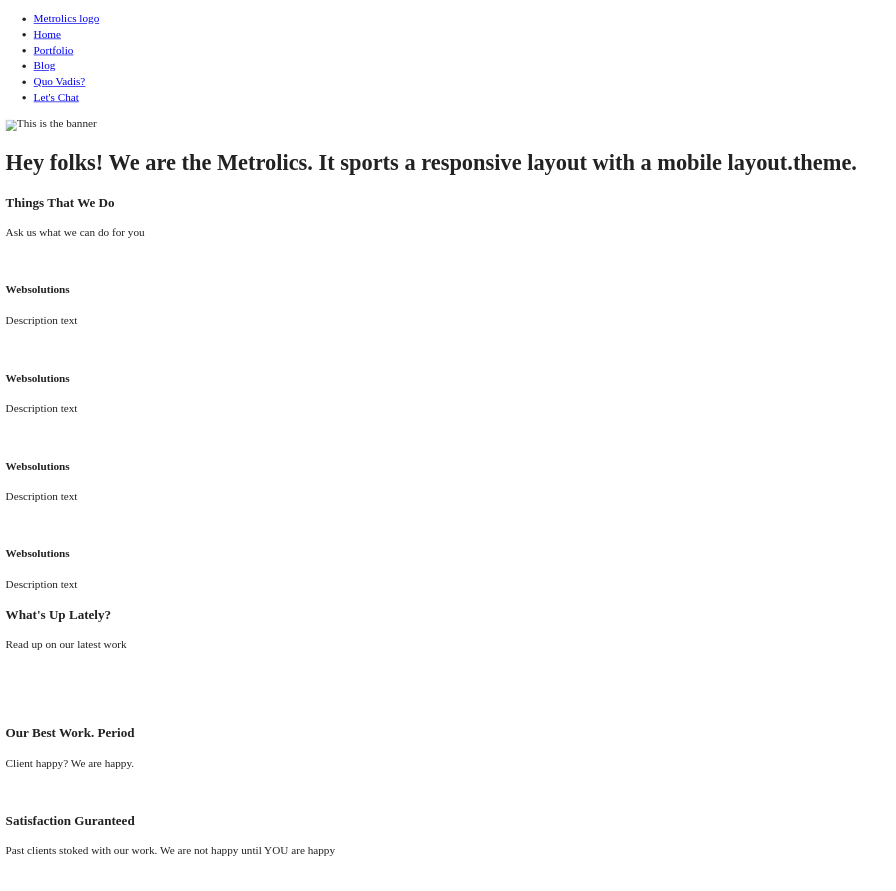
Repository: shxxw88/lab02
Page: index.html
These files come from the project's save history. The page is drawn as it stood at one moment and after the next save; the edit follows.
The browser window is 1280 px wide. The pictures show the whole page, at 70% of full size.

Above is the page before, as saved 2025-01-22 19:06:56.

### index.html
<!doctype html>
<html class="no-js" lang="">

<head>
  <meta charset="utf-8">
  <meta name="viewport" content="width=device-width, initial-scale=1">
  <title></title>
  <link rel="stylesheet" href="css/style.css">
  <meta name="description" content="">

  <meta property="og:title" content="">
  <meta property="og:type" content="">
  <meta property="og:url" content="">
  <meta property="og:image" content="">
  <meta property="og:image:alt" content="">

  <link rel="icon" href="/favicon.ico" sizes="any">
  <link rel="icon" href="/icon.svg" type="image/svg+xml">
  <link rel="apple-touch-icon" href="icon.png">

  <link rel="manifest" href="site.webmanifest">
  <meta name="theme-color" content="#fafafa">
</head>

<body>

  <!-- Add your site or application content here -->
  <script src="js/app.js"></script>
  <!DOCTYPE html>
<html lang="en">
<head>
    <meta charset="UTF-8">
    <meta name="viewport" content="width=device-width, initial-scale=1.0">
    <title>Metrolics</title>
</head>
<body>
    <header>
        <nav>
            <ul>
                <li><a href="/">Metrolics logo</a></li>
                <li><a href="/">Home</a></li>
                <li><a href="/">Portfolio</a></li>
                <li><a href="/">Blog</a></li>
                <li><a href="/">Quo Vadis?</a></li>
                <li><a href="/">Let's Chat</a></li>
             </ul>
        </nav>
    </header>
    <div class="banner"> <img src="/" >This is the banner  </div>
    <h1>Hey folks! We are the Metrolics. It sports a responsive layout with a mobile layout.theme.</h1>
    <section class="websolutions">
        <h3>Things That We Do</h3>
        <p>Ask us what we can do for you</p>
        <div class="websolutions_container">
            <img src="">
            <h4>Websolutions</h4>
            <p>Description text</p>
        </div>
        <div class="websolutions_container">
            <img src="">
            <h4>Websolutions</h4>
            <p>Description text</p>
        </div>
        <div class="websolutions_container">
            <img src="">
            <h4>Websolutions</h4>
            <p>Description text</p>
        </div>
        <div class="websolutions_container">
            <img src="">
            <h4>Websolutions</h4>
            <p>Description text</p>
        </div>
    </section>
    <section class="blog">
        <h3>What's Up Lately?</h3>
        <p>Read up on our latest work</p>
        <div class="blog_container">
            <article class="blog_item"> <img src=""></article>
            <article class="blog_item"> <img src=""></article>
            <article class="blog_item"> <img src=""></article>
        </div>
    </section>
    <section class="bestwork">
        <h3>Our Best Work. Period</h3>
        <p>Client happy? We are happy.</p>
        <div class="images">
            <img src="">
            <img src="">
            <img src="">
            <img src="">
            <img src="">
            <img src="">
        </div>
    </section>
    <section class="satisfaction">
        <h3>Satisfaction Guranteed</h3>
        <p>Past clients stoked with our work. We are not happy until YOU are happy</p>
        <div class="logos">
            <img src="">
            <img src="">
            <img src="">
            <img src="">
            <img src="">
        </div>
    </section>
</body>
<footer>

</footer>
</html>

</body>

</html>

### css/style.css
/*! HTML5 Boilerplate v9.0.1 | MIT License | https://html5boilerplate.com/ */

/* main.css 3.0.0 | MIT License | https://github.com/h5bp/main.css#readme */
/*
 * What follows is the result of much research on cross-browser styling.
 * Credit left inline and big thanks to Nicolas Gallagher, Jonathan Neal,
 * Kroc Camen, and the H5BP dev community and team.
 */

/* ==========================================================================
   Base styles: opinionated defaults
   ========================================================================== */

html {
  color: #222;
  font-size: 1em;
  line-height: 1.4;
}

/*
 * Remove text-shadow in selection highlight:
 * https://twitter.com/miketaylr/status/12228805301
 *
 * Customize the background color to match your design.
 */

::-moz-selection {
  background: #b3d4fc;
  text-shadow: none;
}

::selection {
  background: #b3d4fc;
  text-shadow: none;
}

/*
 * A better looking default horizontal rule
 */

hr {
  display: block;
  height: 1px;
  border: 0;
  border-top: 1px solid #ccc;
  margin: 1em 0;
  padding: 0;
}

/*
 * Remove the gap between audio, canvas, iframes,
 * images, videos and the bottom of their containers:
 * https://github.com/h5bp/html5-boilerplate/issues/440
 */

audio,
canvas,
iframe,
img,
svg,
video {
  vertical-align: middle;
}

/*
 * Remove default fieldset styles.
 */

fieldset {
  border: 0;
  margin: 0;
  padding: 0;
}

/*
 * Allow only vertical resizing of textareas.
 */

textarea {
  resize: vertical;
}

/* ==========================================================================
   Author's custom styles
   ========================================================================== */

/* ==========================================================================
   Helper classes
   ========================================================================== */

/*
 * Hide visually and from screen readers
 */

.hidden,
[hidden] {
  display: none !important;
}

/*
 * Hide only visually, but have it available for screen readers:
 * https://snook.ca/archives/html_and_css/hiding-content-for-accessibility
 *
 * 1. For long content, line feeds are not interpreted as spaces and small width
 *    causes content to wrap 1 word per line:
 *    https://medium.com/@jessebeach/beware-smushed-off-screen-accessible-text-5952a4c2cbfe
 */

.visually-hidden {
  border: 0;
  clip: rect(0, 0, 0, 0);
  height: 1px;
  margin: -1px;
  overflow: hidden;
  padding: 0;
  position: absolute;
  white-space: nowrap;
  width: 1px;
  /* 1 */
}

/*
 * Extends the .visually-hidden class to allow the element
 * to be focusable when navigated to via the keyboard:
 * https://www.drupal.org/node/897638
 */

.visually-hidden.focusable:active,
.visually-hidden.focusable:focus {
  clip: auto;
  height: auto;
  margin: 0;
  overflow: visible;
  position: static;
  white-space: inherit;
  width: auto;
}

/*
 * Hide visually and from screen readers, but maintain layout
 */

.invisible {
  visibility: hidden;
}

/*
 * Clearfix: contain floats
 *
 * The use of `table` rather than `block` is only necessary if using
 * `::before` to contain the top-margins of child elements.
 */

.clearfix::before,
.clearfix::after {
  content: "";
  display: table;
}

.clearfix::after {
  clear: both;
}

/* ==========================================================================
   EXAMPLE Media Queries for Responsive Design.
   These examples override the primary ('mobile first') styles.
   Modify as content requires.
   ========================================================================== */

@media only screen and (min-width: 35em) {
  /* Style adjustments for viewports that meet the condition */
}

@media print,
  (-webkit-min-device-pixel-ratio: 1.25),
  (min-resolution: 1.25dppx),
  (min-resolution: 120dpi) {
  /* Style adjustments for high resolution devices */
}

/* ==========================================================================
   Print styles.
   Inlined to avoid the additional HTTP request:
   https://www.phpied.com/delay-loading-your-print-css/
   ========================================================================== */

@media print {
  *,
  *::before,
  *::after {
    background: #fff !important;
    color: #000 !important;
    /* Black prints faster */
    box-shadow: none !important;
    text-shadow: none !important;
  }

  a,
  a:visited {
    text-decoration: underline;
  }

  a[href]::after {
    content: " (" attr(href) ")";
  }

  abbr[title]::after {
    content: " (" attr(title) ")";
  }

  /*
   * Don't show links that are fragment identifiers,
   * or use the `javascript:` pseudo protocol
   */
  a[href^="#"]::after,
  a[href^="javascript:"]::after {
    content: "";
  }

  pre {
    white-space: pre-wrap !important;
  }

  pre,
  blockquote {
    border: 1px solid #999;
    page-break-inside: avoid;
  }

  tr,
  img {
    page-break-inside: avoid;
  }

  p,
  h2,
  h3 {
    orphans: 3;
    widows: 3;
  }

  h2,
  h3 {
    page-break-after: avoid;
  }
}

Loaded but not shown: js/app.js (no stored copy; drawn as an empty file)

After the next save:
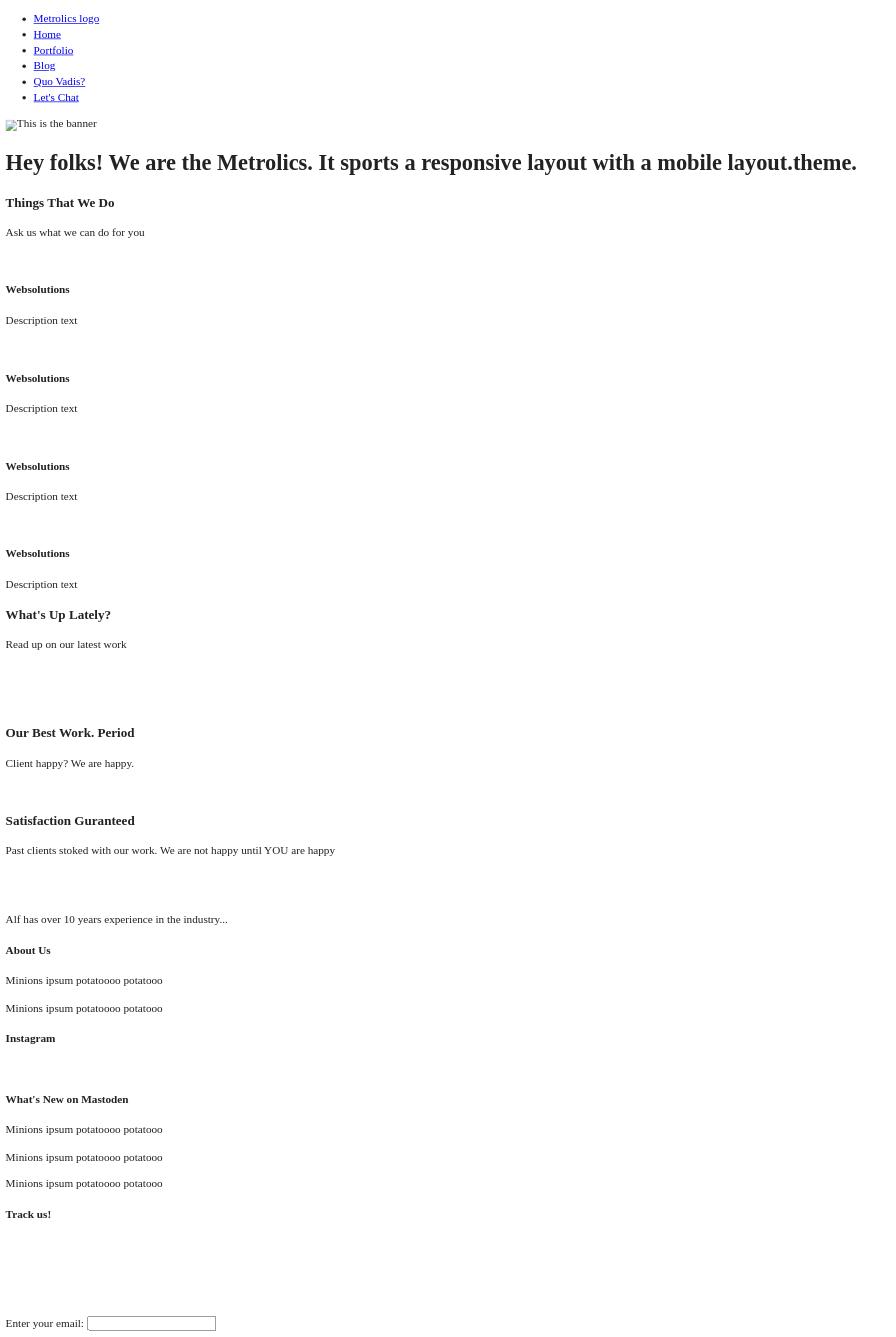
Saved 7 min 26 s later.
--- a/index.html
+++ b/index.html
@@ -106,7 +106,54 @@
     </section>
 </body>
 <footer>
-
+    <section class="profile">
+        <img src="" class="profilepic">
+        <p>Alf has over 10 years experience in the industry...</p>
+    </section>
+    <section class="info">
+        <div class="aboutus">
+            <h4>About Us</h4>
+            <p>Minions ipsum potatoooo potatooo</p>
+            <p>Minions ipsum potatoooo potatooo</p>
+        </div>
+        <div class="instagram">
+            <h4>Instagram</h4>
+            <img src="">
+            <img src="">
+            <img src="">
+            <img src="">
+            <img src="">
+            <img src="">
+            <img src="">
+            <img src="">
+        </div>
+        <div class="whatsnew">
+            <h4>What's New on Mastoden</h4>
+            <p>Minions ipsum potatoooo potatooo</p>
+            <p>Minions ipsum potatoooo potatooo</p>
+            <p>Minions ipsum potatoooo potatooo</p>
+        </div>
+        <div class="track">
+            <h4>Track us!</h4>
+            <div class="track_container">
+                <img src="">
+            </div>
+            <div class="track_container">
+                <img src="">
+            </div>
+            <div class="track_container">
+                <img src="">
+            </div>
+            <div class="track_container">
+                <img src="">
+            </div>
+            <div class="track_container">
+                <img src="">
+            </div>
+            <label for="email">Enter your email:</label>
+            <input type="email" id="email" name="email">
+        </div>
+    </section>
 </footer>
 </html>
 
